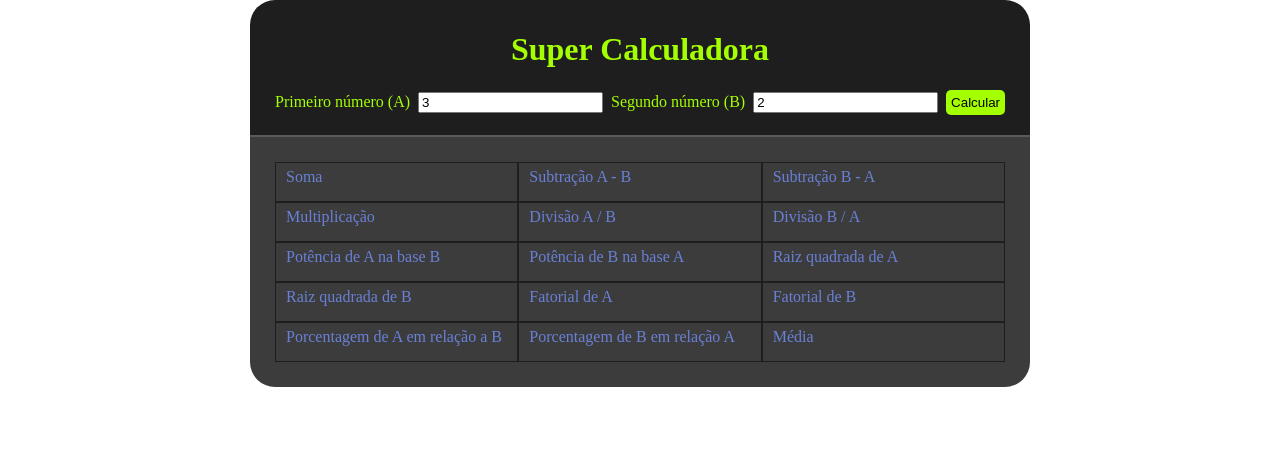
Repository: rrresck/supercalc-xpe
Page: index.html
The author's editor kept a copy of each file at every save. The page is drawn from the files as they stood at one save, then again after the next save.
The browser window is 1280 px wide. The pictures show the whole page.

Above is the page before, as saved 2023-02-10 20:25:00.
Console error: ReferenceError: sumRe is not defined

### index.html
<!DOCTYPE html>
<html lang="en">
<head>
    <meta charset="UTF-8">
    <meta http-equiv="X-UA-Compatible" content="IE=edge">
    <meta name="viewport" content="width=device-width, initial-scale=1.0">
    <title>Super Calculadora - Projeto 2 - XP Educação</title>
    <link rel="stylesheet" href="styles.css">
    </head>
<body>
    <header>
        <h1>Super Calculadora</h1>
        <div class="flex inputNumbers">
            <label for="firstNumber">Primeiro número (A)</label>
            <input type="number" name="firstNumber" id="firstNumber" value="3">
            <label for="secondNumber">Segundo número (B)</label>
            <input type="number" name="secondNumber" id="secondNumber" value="2">
            <input type="button" id="calculateButton" value="Calcular" onclick="calculate()" />
        </div>
    </header>
    <main>
        <div class="flex">
            <div class="calculus">
                <p id="sumLabel">Soma</p>
                <p class="result" id="sum"></p>
            </div>
            <div class="calculus">
                <p id="minusLabel">Subtração A - B</p>
                <p class="result" id="minusA"></p>
            </div>
            <div class="calculus">
                <p id="minusLabel">Subtração B - A</p>
                <p class="result" id="minusB"></p>
            </div>
        </div>
        <div class="flex">
            <div class="calculus">
                <p id="multiplicationLabel">Multiplicação</p>
                <p class="result" id="multiplication"></p>
            </div>
            <div class="calculus">
                <p id="divisionLabel">Divisão A / B</p>
                <p class="result" id="divisionA"></p>
            </div>
            <div class="calculus">
                <p id="divisionLabel">Divisão B / A</p>
                <p class="result" id="divisionB"></p>
            </div>
        </div>
        <div class="flex">
            <div class="calculus">
                <p id="powerLabel">Potência de A na base B</p>
                <p class="result" id="powerA"></p>
            </div>
            <div class="calculus">
                <p id="powerLabel">Potência de B na base A</p>
                <p class="result" id="powerB"></p>
            </div>
            <div class="calculus">
                <p id="squareRootALabel">Raiz quadrada de A</p>
                <p class="result" id="squareRootA"></p>
            </div>
        </div>
        <div class="flex">
            <div class="calculus">
                <p id="squareRootBLabel">Raiz quadrada de B</p>
                <p class="result" id="squareRootB"></p>
            </div>
            <div class="calculus">
                <p id="factorialBLabel">Fatorial de A</p>
                <p class="result" id="factorialA"></p>
            </div>
            <div class="calculus">
                <p id="factorialBLabel">Fatorial de B</p>
                <p class="result" id="factorialB"></p>
            </div>
        </div>
        <div class="flex">
            <div class="calculus">
                <p id="percentageLabel">Porcentagem de A em relação a B</p>
                <p class="result" id="percentageA"></p>
            </div>
            <div class="calculus">
                <p id="percentageLabel">Porcentagem de B em relação A</p>
                <p class="result" id="percentageB"></p>
            </div>
            <div class="calculus">
                <p id="averageLabel">Média</p>
                <p class="result" id="average"></p>
            </div>
        </div>
    </main>

    <script src="app.js"></script>
</body>
</html>

### styles.css
body {
    max-width: 780px;
    margin: auto;
    border-radius: 25px;
}

header {
    background-color: rgb(30, 30, 30);
    padding: 10px 25px 20px;
    border-top-left-radius: 25px;
    border-top-right-radius: 25px;
    border-bottom: 2px solid rgb(90, 90, 90);
}

.inputNumbers {
    display: flex;
    align-items: center;

}

main {
    background-color: rgb(60, 60, 60);
    padding: 25px;
    border-bottom-left-radius: 25px;
    border-bottom-right-radius: 25px;
    display: flex;
    flex-direction: column;
    justify-content: center;
}

h1 {
    text-align: center;
    color: #a4ff00;
}

label {
    color: #a4ff00;
}

p {
    color: #6980d6;
    margin: 0;
}

#calculateButton {
    background-color: #a4ff00;
    padding: 5px;
    border: none;
    border-radius: 5px;
}

.flex {
    display: flex;
    flex-flow: row nowrap;
    justify-content: space-between;
    align-items: center;
}

.calculus {
    width: 240px;
    border: 1px solid rgb(30, 30, 30);
    padding: 5px 0 5px 10px;
}

.result {
    margin: 10px;
    color: white;
    font-size: 1.5em;
    background-color: #a4ff00;
}

### app.js
let sumRes = document.getElementById("sum");
let subtractARes = document.getElementById("minusA");
let subtractBRes = document.getElementById("MinusB");
let multiplicationRes = document.getElementById("multiplication");
let divisionARes = document.getElementById("divisionA");
let divisionBRes = document.getElementById("divisionB");
let powerARes = document.getElementById("powerA");
let powerBRes = document.getElementById("powerB");
let squareARes = document.getElementById("squareA");
let squareBRes = document.getElementById("squareB");
let factorialARes = document.getElementById("factorialA");
let factorialBRes = document.getElementById("factorialB");
let percentageARes = document.getElementById("percentageA");
let percentageBRes = document.getElementById("percentageB");
let averageRes = document.getElementById("average");

sumRe.innerHTML = 0;
subtractARes.innerHTML = 0;
subtractBRes.innerHTML = 0;
multiplicationRes.innerHTML = 0;
divisionARes.innerHTML = 0;
divisionBRes.innerHTML = 0;
powerARes.innerHTML = 0;
powerBRes.innerHTML = 0;
squareARes.innerHTML = 0;
squareBRes.innerHTML = 0;
factorialARes.innerHTML = 0;
factorialBRes.innerHTML = 0;
percentageARes.innerHTML = 0;
percentageBRes.innerHTML = 0;
averageRes.innerHTML = 0;

const sum = (a, b) => {
    sumRes.innerHTML = a + b;
}

const subtraction = (a, b) => {
    subtractARes.innerHTML = a - b;
    subtractBRes.innerHTML = b - a;
}

const multiplication = (a, b) => {
    multiplicationRes.innerHTML = a * b;
}

const division = (a, b) => {
    divisionARes.innerHTML = (a / b).toFixed(2);
    divisionBRes.innerHTML = (b / a).toFixed(2);
}

const power = (a, b) => {
    powerARes.innerHTML = Math.pow(a, b);
    powerBRes.innerHTML = Math.pow(b, a);
}

const squareRoot = (a, b) => {
    squareARes.innerHTML = Math.sqrt(a).toFixed(2);
    squareBRes.innerHTML = Math.sqrt(b).toFixed(2);
}

const factorial = (a, b) => {
    if (a < 19) {
        let factorialAvalue = 1;

        for (var i = a; i > 1; i--) {
            factorialAvalue *= i;
            console.log('factorialAvalue', factorialAvalue)
        }
        factorialARes.innerHTML = factorialAvalue;
    } else {
        factorialARes = 'Valor MUITO grande';
    };

    if (b < 19) {
        let factorialBvalue = 1;

        for (var i = b; i > 1; i--) {
            factorialBvalue *= i;
            console.log('factorialBvalue', factorialBvalue)
        }
        factorialBRes.innerHTML = factorialBvalue;
    } else {
        factorialBRes = 'Valor MUITO grande';
    };
}

const percentage = (a, b) => {
    percentageARes.innerHTML = ((b * 100)/a).toFixed(0) +'%';
    percentageBRes.innerHTML = ((a * 100)/b).toFixed(0) +'%';
}

const average = (a, b) => {
    averageRes.innerHTML = (a + b)/2;
}

const calculate = () => {
    let aInput = document.getElementById("firstNumber").value;
    let bInput = document.getElementById("secondNumber").value;

    let a = parseInt(aInput);
    let b = parseInt(bInput);

    sum(a, b);
    subtraction(a, b);
    multiplication(a, b);
    division(a, b);
    power(a, b);
    squareRoot(a, b);
    factorial(a, b);
    percentage(a, b);
    average(a, b);
}

After the next save:
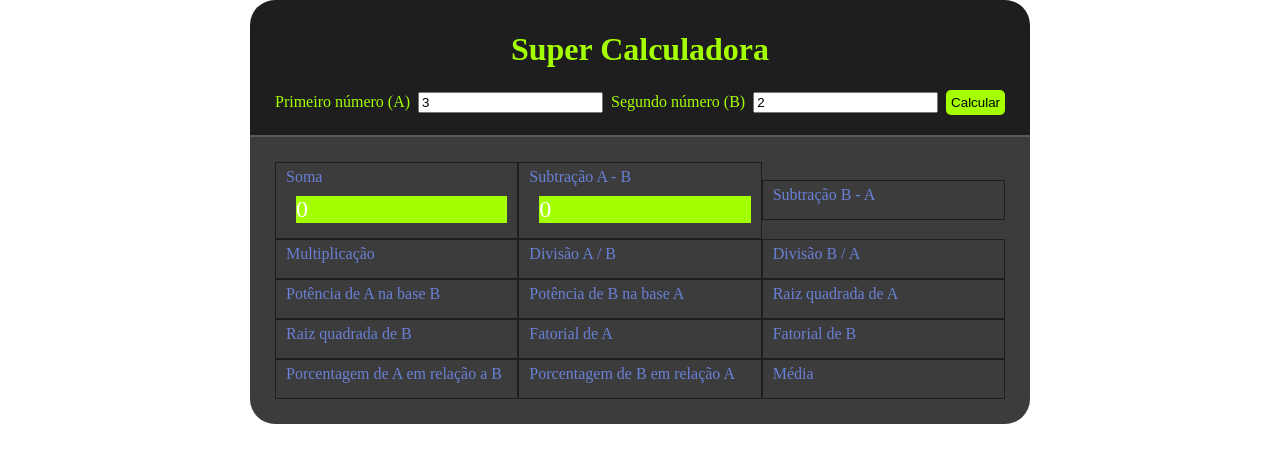
Console error: TypeError: Cannot set properties of null (setting 'innerHTML')
Saved 18 s later.
--- a/app.js
+++ b/app.js
@@ -14,7 +14,7 @@ let percentageARes = document.getElementById("percentageA");
 let percentageBRes = document.getElementById("percentageB");
 let averageRes = document.getElementById("average");
 
-sumRe.innerHTML = 0;
+sumRes.innerHTML = 0;
 subtractARes.innerHTML = 0;
 subtractBRes.innerHTML = 0;
 multiplicationRes.innerHTML = 0;
